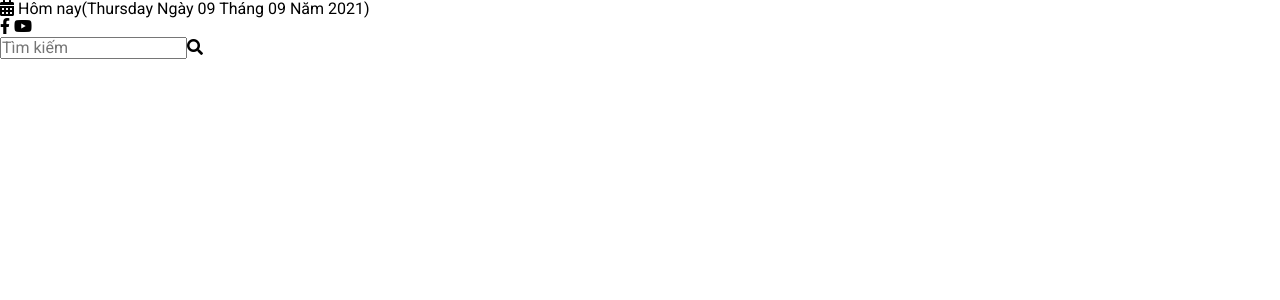
Repository: longtn213/Frond_end_HTML-CSS
Page: Front-End/LongDemo/index.html
The author's editor kept a copy of each file at every save. The page is drawn from the files as they stood at one save, then again after the next save.
The browser window is 1280 px wide. The pictures show the whole page.

Above is the page before, as saved 2021-09-09 16:03:12.

### Front-End/LongDemo/index.html
<!DOCTYPE html>
<html lang="en">

<head>
    <meta charset="UTF-8">
    <meta http-equiv="X-UA-Compatible" content="IE=edge">
    <meta name="viewport" content="width=device-width, initial-scale=1.0">
    <title>Công nghệ thông tin</title>
    <link rel="stylesheet" href="https://cdnjs.cloudflare.com/ajax/libs/normalize/8.0.1/normalize.min.css"
        integrity="sha512-NhSC1YmyruXifcj/KFRWoC561YpHpc5Jtzgvbuzx5VozKpWvQ+4nXhPdFgmx8xqexRcpAglTj9sIBWINXa8x5w=="
        crossorigin="anonymous" referrerpolicy="no-referrer" />
    <link rel="stylesheet" href="./assets/css/main.css">
    <link href="https://fonts.googleapis.com/css2?family=Roboto:wght@300;400;500;700&display=swap" rel="stylesheet">
    <link href="./assets/fonts/fontawesome-free-5.15.4-web/css/all.css" rel="stylesheet">
</head>

<body>
    <header class="header">
        <div class="header1">
            <div class="calendar">
                <i class="fas fa-calendar-alt"></i>
                Hôm nay(Thursday Ngày 09 Tháng 09 Năm 2021)
            </div>
            <div class="header__icon">
                <i class="fab fa-facebook-f"></i>
                <i class="fab fa-youtube"></i>
            </div>
            <div class="search-button">
                <input type="text" placeholder="Tìm kiếm"><i class="fas fa-search"></i>
            </div>
        </div>
    </header>
</body>

</html>

### Front-End/LongDemo/assets/css/main.css
:root{
    --white-color:#fff;
    --black-color:#000;
    --text-color:#333;
}
* {
    padding: 0;
    margin: 0;
    box-sizing: border-box;
}

html{
    scroll-behavior: smooth;
    font-family: 'Roboto', sans-serif;
}
/* Header */
.header1{
    height: 60px;
}

Loaded but not shown: Front-End/LongDemo/assets/fonts/fontawesome-free-5.15.4-web/css/all.css (library)

After the next save:
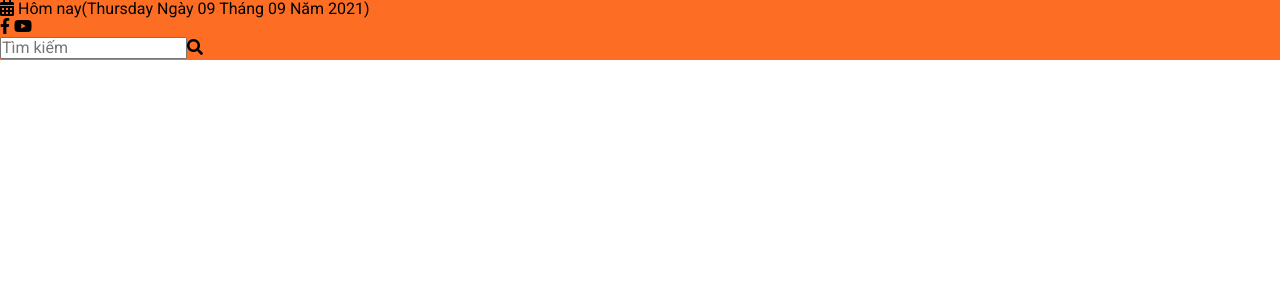
Saved 28 s later.
--- a/Front-End/LongDemo/assets/css/main.css
+++ b/Front-End/LongDemo/assets/css/main.css
@@ -16,4 +16,5 @@ html{
 /* Header */
 .header1{
     height: 60px;
+    background-color: #fd6e24;
 }
